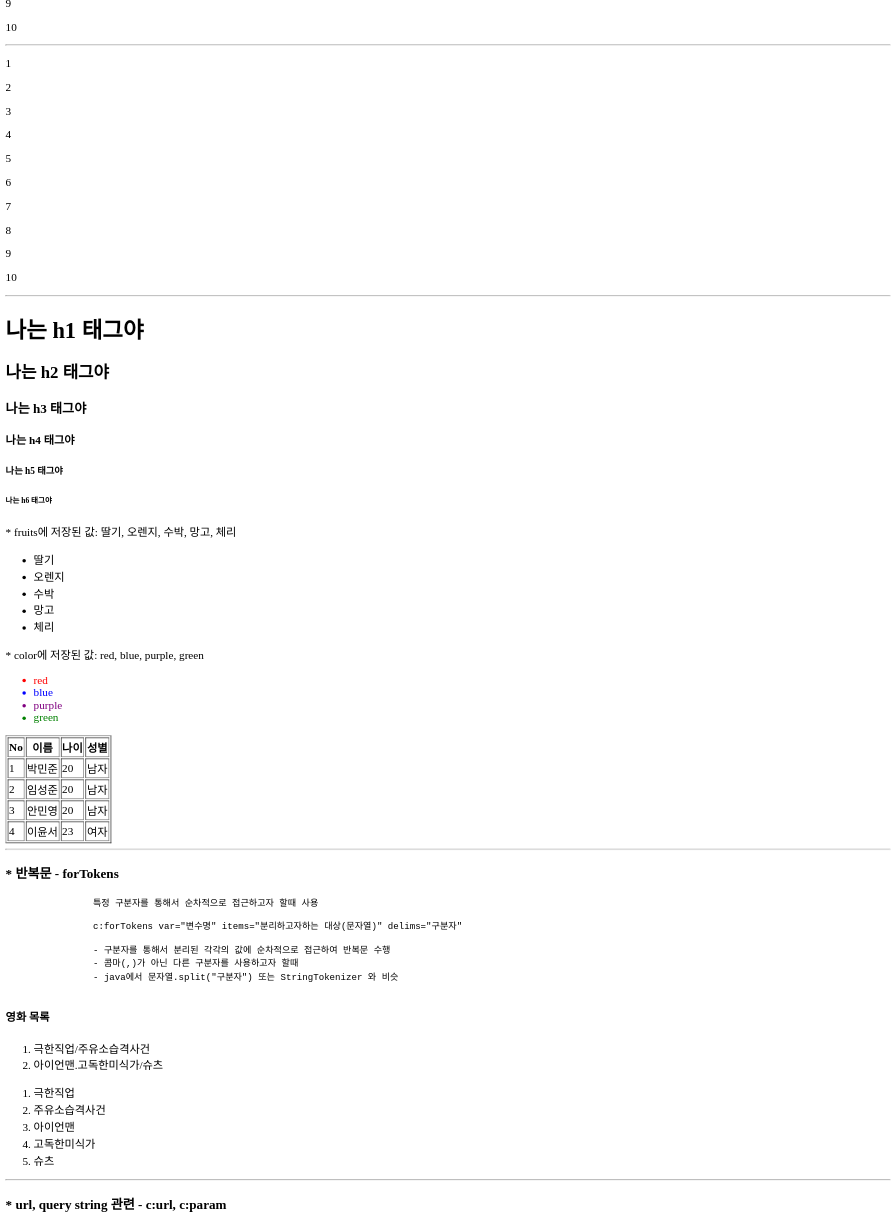
Repository: yoonseo0832/workspace
Page: http://localhost/2_jsp/views/4_CustomAction/2_core.jsp
An editor plug-in stored every save of this project. The page is shown before and after the next save, followed by the edit.
The browser window is 1280 px wide. The pictures show the part of the page from y = 1801 to 3721 px (the page is 3553 px tall before and 3721 px after), at 70% of full size.
The page is served by Tomcat 9. Other server files are loaded and not shown.

Above is the page before, as saved 2025-03-21 06:21:39.

### 05_server/2_jsp/src/main/webapp/views/4_CustomAction/2_core.jsp
<%@ page language="java" contentType="text/html; charset=UTF-8"
    pageEncoding="UTF-8" import="java.util.ArrayList, model.vo.Student"%>
<%@ taglib prefix="c" uri="http://java.sun.com/jsp/jstl/core" %>
<!DOCTYPE html>
<html>
<head>
<meta charset="UTF-8">
<title>JSTL - core</title>
</head>
<body>
	<h1>JSTL Core Library</h1>

	<h3>* 변수</h3>
	<pre>
		- 변수 산언과 동시에 초기화 (c:set var="변수명" value="값" [scope="저장객체"])

			+ 해당 변수의 저장된 값을 어떤 scope에 setAttribute를 통해서 담아둘 지 결정
			+ 변수 선언하고 초기화 기능까지를 제공
			=> c:set 으로 선언한 변수는 반드시 EL로 접근해야함
	</pre>
	<!-- scope 지정생략하면 가장 작은 범위인 page scope에 저장ㄴ -->
	<!-- num1 이라는 변수에 10 이라는 값 저장 -->
	<c:set var="num1" value="10"></c:set>

	<!-- request 영역에 num2 변수에 20 값 저장 -->
	<c:set var="num2" value="20" scope="request"></c:set>

	<p> num1: ${num1 }</p>
	<p> num2: ${num2 }</p>

	<%--num1 과 num2의 합을 addNum 변수에 저장, session 영역에 저장 --%>
	<c:set var="addNum" value="${num1+num2 }" scope="session"></c:set>
	<p> addNum: ${addNum} </p>

	<c:set var="temp">
		9999
	</c:set>
	<p> temp: ${temp }</p>
	<%--value 속성 대신, 시작 태그와 종료태그 사이에 초기값을 지정할 수 있음 --%>

	<pre>
		- 변수 삭제 : (c:remove var="삭제할 변수명" [scope="삭제하고자하는 영역 지정 가능"])
			+ 해당 scope 영역에 저장되어 있는 변수를 찾아 제거하는 태그
				=> .removeAttribute()를 사용하여 제거하는 것과 동일하게 처리됨
				+ scope 속성 생략 시 해당 이름의 변수의 값 모두 제거됨
	</pre>
	<%--addNum 변수 삭제 --%>
	<p> addNum: ${addNum} </p>
	<c:remove var="addNum" scope="session"></c:remove>
	<p> 제거 후 addNum: ${addNum} </p>

	<c:set var="temp" value="1111"></c:set>
	<c:set var="temp" value="2222" scope="request"></c:set>

	<p> page scope에 저장된 temp : ${temp}</p>
	<p> request scope에 저장된 temp : ${requestScope.temp}</p>

	<c:remove var="temp" />

	<p> temp 제거후 page scope에 저장된 temp : ${pageScope.temp}</p>
	<p> temp 제거후 request scope에 저장된 temp : ${requestScope.temp}</p>

	<pre>
		- 변수 (데이터) 출력 : (c:out value="출력하고자 하는 값" [default="기본값"] [escapeXml="true|false"])
	</pre>
	<c:out value="테스트" />

	<%-- addNum 변수의 값을 출력 --%>
	<c:out value="${ addNum } " />
	<c:out value="${ addNum }" default="데이터 없음" />
	<%-- outData 변수에 '<b>강조태크</b>' --%>
	<c:set var="outData" value="<b>강조태크</b>" />
	<c:out value="${outData }" />
	<br>
	<c:out value="${outData }" escapeXml="true" />
	<%-- escapeXml의 기본값은 true --%>
	<br>
	<c:out value="${outData }" escapeXml="false" />
	<%-- escapeXml의 false로 하니 태그가 적용됨 --%>

	<hr>

	<h3>* 조건문 - if (c:if test="조건식")</h3>
	<pre>
		- java의 if문과 비슷한 역할을 하는 태그
		- 조건식은 test 속성에 EL 구문을 사용하여 작성
	</pre>
	<%--num1 > num2 큰가? --%>
	<%-- * JSTL로 선언된 변수는 접근 불가 (EL로만 접근 가능)
	<% if(num1 > num2){ %>
	<%} %>
	--%>
	<c:if test="${num1>num2 }">
		num1이 num2보다 큽니다.
	</c:if>
	<c:if test="${num1 lt num2 }">
		num1이 num2보다 작습니다.
	</c:if>
	<br>
	<c:set var="hi" value="안녕" />
	<c:if test="${hi eq '안녕' }">
		hi~hi~hi~
	</c:if>
	<c:if test="${hi ne '안녕' }">
		bye~bye~
	</c:if>
	<br>

	<h3>* 조건문 - choose(c:choose, c:when, c:otherwise)</h3>
	<pre>
		- java에서 if ~else, if~ else if문과 비슷하게 동작되는 태그
		- 구조
			+ c:choose 하위 요소로 c:when, c:otherwise

			c:choose
				c:when /c:when
				c:otherwise  /c:otherwise
			/c:choose
	</pre>
	<%--hi변수의 값 '안녕' --%>
	<c:choose>
		<c:when test="${hi eq '안녕' }" >
			hi~hi~hi
		</c:when>
		<c:otherwise>
			bye~bye~
		</c:otherwise>
	</c:choose>
	<br>
	<%--num1 20보다 크다 --%>
	<c:choose>
		<c:when test="${num1 >20 }" >
			<h2>num1이 20보다 크다</h2>
		</c:when>
		<c:when test="${num1 >= 10 }">
			<h3>10보다 크거나 같다</h3>
		</c:when>
		<c:otherwise>
			<h3>10보다 크거나 같다</h3>
		</c:otherwise>
	</c:choose>

	<hr>

	<h3>* 반복문 - (c:forEach)</h3>
	<pre>
		- for loop문
			- step 생략 시 기본적으로 1씩 증가
			c:forEach var="변수명" begin="초기값/시작값" end="끝값" [step="증가값"]
		- 향상된 for문
			c:forEach var="변수명" items="배열|컬렉션(순차적으로 접근하고자 하는 객체)" [varStatus="현재 접근되 요소의 상태값을 보관하는 변수명"]
	</pre>
	<%-- 스크립틀릿을 사용하여 1~10까지 출력(한줄로) --%>
	<% for(int i=1; i<=10; i++){ %>
		<p><%=i %></p>
	<%} %>

	<hr>

	<c:forEach var="i" begin="1" end="10" >
		<p> ${i}</p>
	</c:forEach>

	<hr>

	<%--h1 ~ h6 태그를 출력, "나는 hn 태그야" --%>
	<c:forEach var="h" begin="1" end="6">
		<h${h }> 나는 h${h} 태그야</h${h }>
	</c:forEach>

	<c:set var="fruits">
	<%--문자열은 ,를 기준으로 문자열을 나눔 --%>
		딸기, 오렌지, 수박, 망고, 체리
	</c:set>
	* fruits에 저장된 값: ${fruits }
	<ul>
		<c:forEach var="f" items="${fruits}">
			<li>${f}</li>
		</c:forEach>
	</ul>
	<%--
		colors 변수 4가지 색상을 ,로 구분하여 저장
		목록태그로 해당 글자를 출력(저장된 컬러로 글자색 변경)
	 --%>
	<c:set var="colors">
		red, blue, purple, green
	</c:set>
	* color에 저장된 값: ${colors }
	<ul>
		<c:forEach var="c" items="${colors }">
			<li style="color: ${c};">${c}</li>
		</c:forEach>
	</ul>
	<%
		ArrayList<Student> list = new ArrayList<>();
		list.add(new Student("박민준", 20, "남자"));
		list.add(new Student("임성준", 20, "남자"));
		list.add(new Student("안민영", 20, "남자"));
		list.add(new Student("이윤서", 23, "여자"));
	%>
	<%-- request.setAttribute("list", list) --%>
	<c:set var="list" value="<%=list %>" scope="request" />
	<table border="1">
		<thead>
			<tr>
				<th>No</th>
				<th>이름</th>
				<th>나이</th>
				<th>성별</th>
			</tr>
		</thead>
		<tbody>
			<c:choose>
				<c:when test="${ empty list }">
					<tr>
						<td colspan="4">조회된 결과가 없습니다</td>
					</tr>
				</c:when>
				<c:otherwise>
					<c:forEach var="l" items="${list}" varStatus="vs">
						<tr>
							<!--  <td>${vs.index +1}</td>-->
							<%-- index: 0부터 시작,  count: 1부터 시작  --%>
							<td>${vs.count }</td>
							<td>${l.name }</td>
							<td>${l.age }</td>
							<td>${l.gender }</td>
						</tr>
					</c:forEach>
				</c:otherwise>
			</c:choose>
		</tbody>
	</table>

	<hr>

	<h3>* 반복문 - forTokens</h3>
	<pre>
		특정 구분자를 통해서 순차적으로 접근하고자 할때 사용

		c:forTokens var="변수명" items="분리하고자하는 대상(문자열)" delims="구분자"

		- 구분자를 통해서 분리된 각각의 값에 순차적으로 접근하여 반복문 수행
		- 콤마(,)가 아닌 다른 구분자를 사용하고자 할때
		- java에서 문자열.split("구분자") 또는 StringTokenizer 와 비슷
	</pre>
	<%-- movies 라는 변수에 영화 5개 저장 (구분자: / . ,) --%>
	<c:set var="movies" value="극한직업/주유소습격사건,아이언맨.고독한미식가/슈츠" />
	<h4>영화 목록</h4>
	<ol>
		<c:forEach var="m" items="${movies }">
			<li>${m }</li>
		</c:forEach>
	</ol>

	<ol>
		<c:forTokens var="m" items="${movies}" delims="/.,">
			<li>${m }</li>
		</c:forTokens>
	</ol>

	<hr>

	<h3>* url, query string 관련 - c:url, c:param</h3>











</body>
</html>

### 05_server/2_jsp/src/main/java/model/vo/Student.java
package model.vo;

public class Student {
	private String name;
	private int age;
	private String gender;

	public Student() {
		super();
	}

	public Student(String name, int age, String gender) {
		this.name = name;
		this.age = age;
		this.gender = gender;
	}

	public String getName() {
		return name;
	}

	public void setName(String name) {
		this.name = name;
	}

	public int getAge() {
		return age;
	}

	public void setAge(int age) {
		this.age = age;
	}

	public String getGender() {
		return gender;
	}

	public void setGender(String gender) {
		this.gender = gender;
	}

	@Override
	public String toString() {
		return "Student [name=" + name + ", age=" + age + ", gender=" + gender + "]";
	}

}

After the next save:
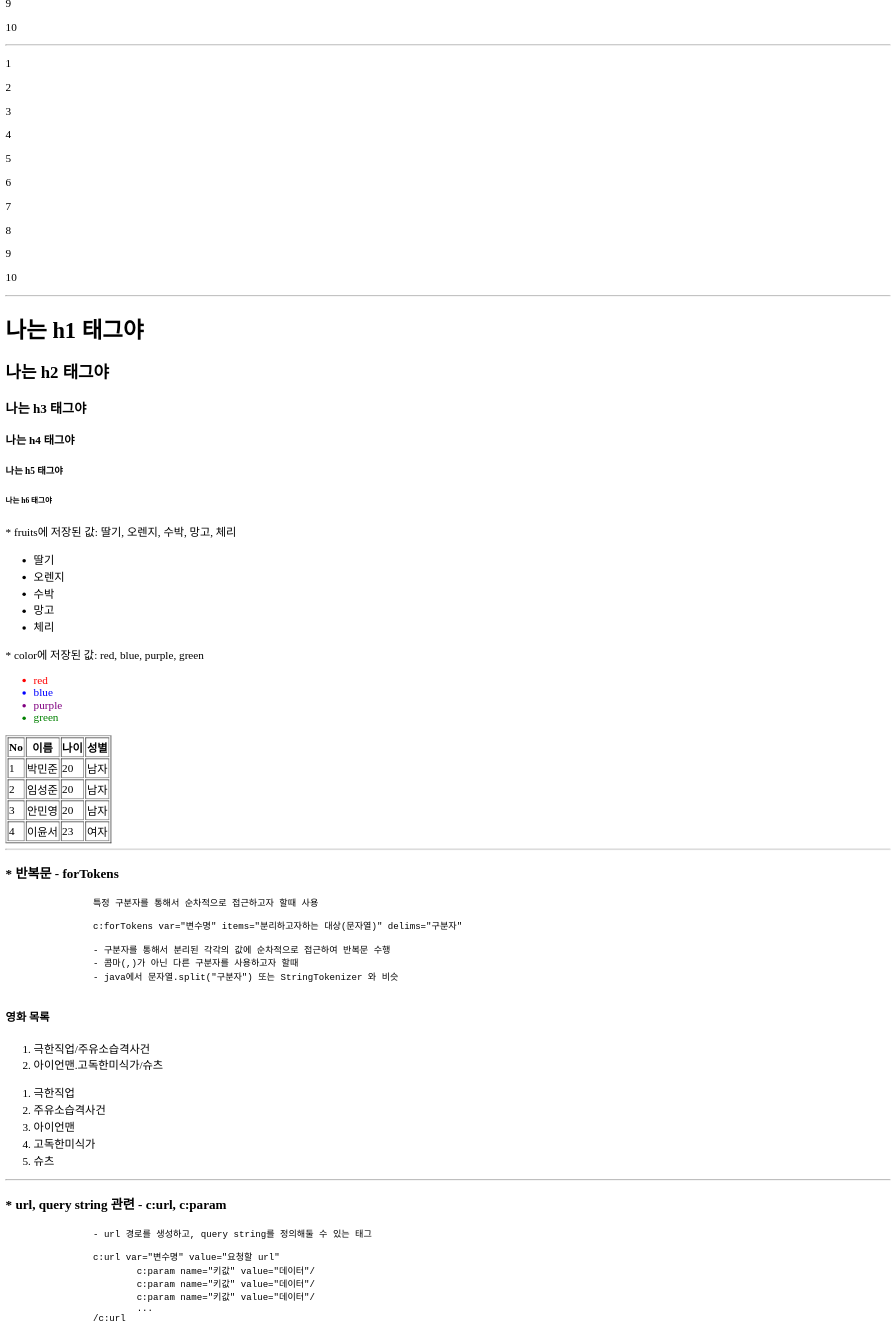
Saved 85 s later.
--- a/05_server/2_jsp/src/main/webapp/views/4_CustomAction/2_core.jsp
+++ b/05_server/2_jsp/src/main/webapp/views/4_CustomAction/2_core.jsp
@@ -263,7 +263,16 @@
 
 	<h3>* url, query string 관련 - c:url, c:param</h3>
 
-
+	<pre>
+		- url 경로를 생성하고, query string를 정의해둘 수 있는 태그
+
+		c:url var="변수명" value="요청할 url"
+			c:param name="키값" value="데이터"/
+			c:param name="키값" value="데이터"/
+			c:param name="키값" value="데이터"/
+			...
+		/c:url
+	</pre>
 
 
 
